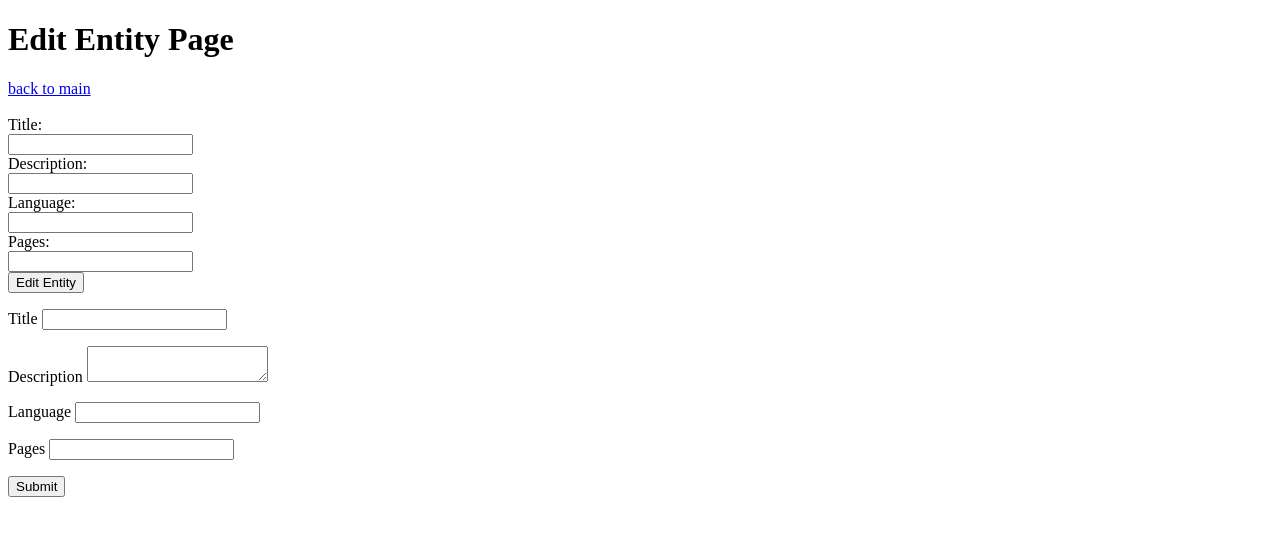
Repository: gnbwkd1001/springData1
Page: http://localhost/mvc/WEB-INF/editBook.jsp
An editor plug-in stored every save of this project. The page is shown before and after the next save, followed by the edit.
The browser window is 1280 px wide. The pictures show the whole page.
The page is served by Tomcat 9. Nobody is signed in. Other server files are loaded and not shown. The template is opened directly, without the code that normally fills it, so the values that code supplies are empty.

Above is the page before, as saved 2020-08-05 00:45:13.

### mvc/mvc/src/main/webapp/WEB-INF/editBook.jsp
<%@ page language="java" contentType="text/html; charset=UTF-8"
    pageEncoding="UTF-8"%>
    <%@ taglib prefix = "c" uri = "http://java.sun.com/jsp/jstl/core" %>
    <%@ taglib prefix="form" uri="http://www.springframework.org/tags/form"%>
    <%@ page isErrorPage="true" %>
<!DOCTYPE html>
<html>
<head>
<meta charset="UTF-8">
<title>Insert title here</title>
</head>
<body>
	<h1>Edit Entity Page</h1>
	<a href="/">back to main</a>
	<br/>
	<br/>
	<form:form action="/books/edit/${book.id}" method="post" modelAttribute="book">
		<input type="hidden" name="_method" value="put">
		<label for="title">Title:</label><br>
		<input type="text" name="title" value="${book.title}"><br>

		<label for="description">Description:</label><br>
		<input type="text" name="description" value="${book.description}"><br>

		<label for="language">Language:</label><br>
		<input type="text" name="language" value="${book.language}"><br>

		<label for="pages">Pages:</label><br>
		<input type="text" name="pages" value="${book.numberOfPages}"><br>
		<button>Edit Entity</button>
		<p>
	        <form:label path="title">Title</form:label>
	        <form:errors path="title"/>
	        <form:input path="title"/>
	    </p>
	    <p>
	        <form:label path="description">Description</form:label>
	        <form:errors path="description"/>
	        <form:textarea path="description"/>
	    </p>
	    <p>
	        <form:label path="language">Language</form:label>
	        <form:errors path="language"/>
	        <form:input path="language"/>
	    </p>
	    <p>
	        <form:label path="numberOfPages">Pages</form:label>
	        <form:errors path="numberOfPages"/>
	        <form:input type="number" path="numberOfPages"/>
	    </p>
	    <input type="submit" value="Submit"/>
	</form:form>
</html>

After the next save:
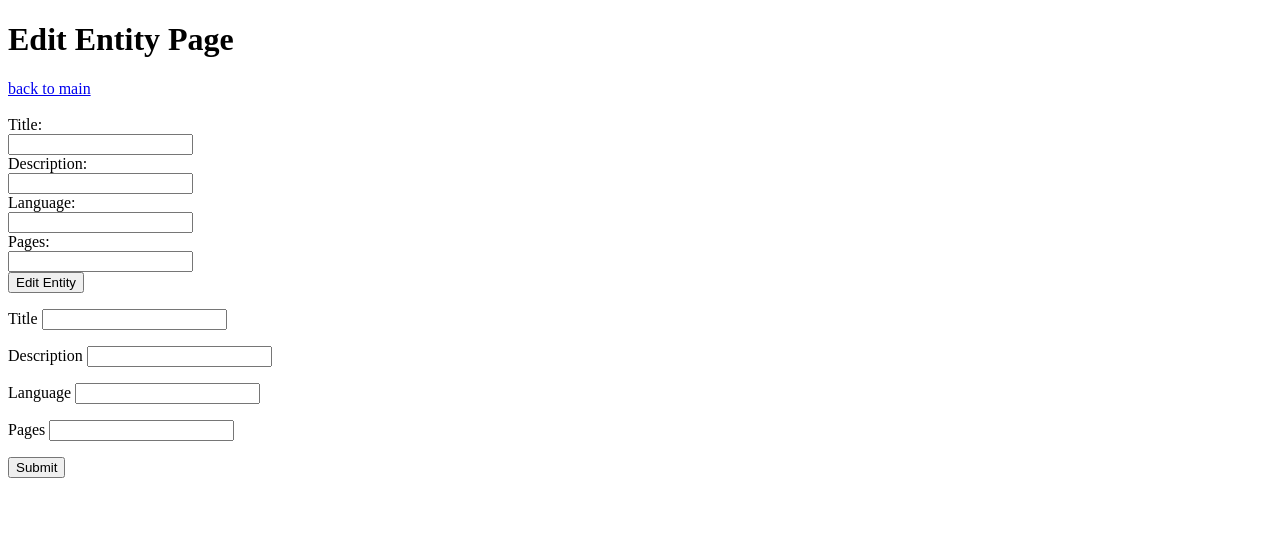
Saved 98 s later.
--- a/mvc/mvc/src/main/webapp/WEB-INF/editBook.jsp
+++ b/mvc/mvc/src/main/webapp/WEB-INF/editBook.jsp
@@ -36,7 +36,7 @@
 	    <p>
 	        <form:label path="description">Description</form:label>
 	        <form:errors path="description"/>
-	        <form:textarea path="description"/>
+	        <form:input path="description"/>
 	    </p>
 	    <p>
 	        <form:label path="language">Language</form:label>
